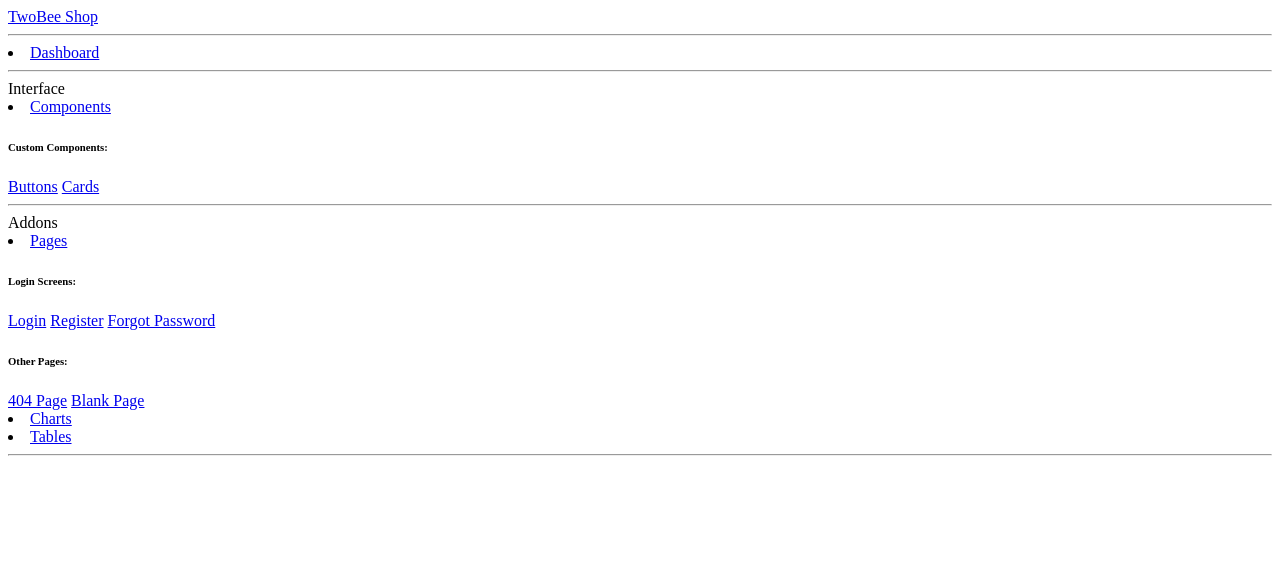
Repository: tuandh111/Java-6-asm
Page: Front-end/Java6_asm_/component/admin/sidebar.html
An editor plug-in stored every save of this project. The page is shown before and after the next save, followed by the edit.
The browser window is 1280 px wide. The pictures show the whole page.

Above is the page before, as saved 2024-03-30 19:37:46.

After the next save:
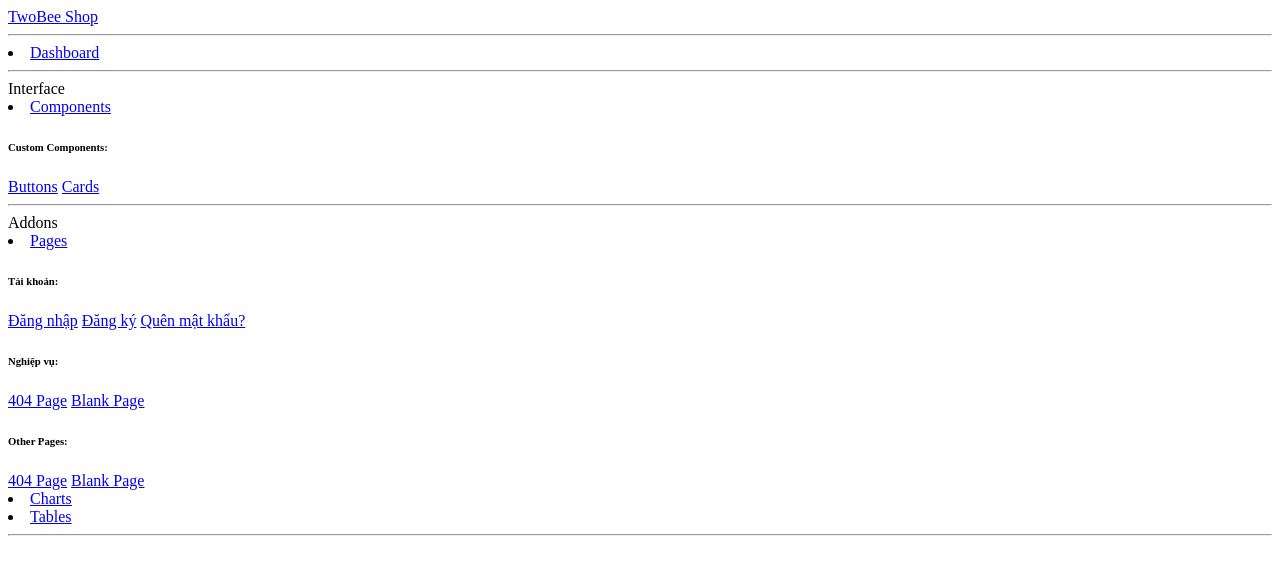
Saved 2 min 39 s later.
--- a/Front-end/Java6_asm_/component/admin/sidebar.html
+++ b/Front-end/Java6_asm_/component/admin/sidebar.html
@@ -61,10 +61,14 @@
     </a>
     <div id="collapsePages" class="collapse" aria-labelledby="headingPages" data-parent="#accordionSidebar">
         <div class="bg-white py-2 collapse-inner rounded">
-            <h6 class="collapse-header">Login Screens:</h6>
-            <a class="collapse-item" href="#!/admin/login">Login</a>
-            <a class="collapse-item" href="#!/admin/register">Register</a>
-            <a class="collapse-item" href="#!/admin/forgot-password">Forgot Password</a>
+            <h6 class="collapse-header">Tài khoản:</h6>
+            <a class="collapse-item" href="#!/admin/login">Đăng nhập</a>
+            <a class="collapse-item" href="#!/admin/register">Đăng ký</a>
+            <a class="collapse-item" href="#!/admin/forgot-password">Quên mật khẩu?</a>
+            <div class="collapse-divider"></div>
+            <h6 class="collapse-header">Nghiệp vụ:</h6>
+            <a class="collapse-item" href="#!/admin/404">404 Page</a>
+            <a class="collapse-item" href="#!/admin/blank">Blank Page</a>
             <div class="collapse-divider"></div>
             <h6 class="collapse-header">Other Pages:</h6>
             <a class="collapse-item" href="#!/admin/404">404 Page</a>
